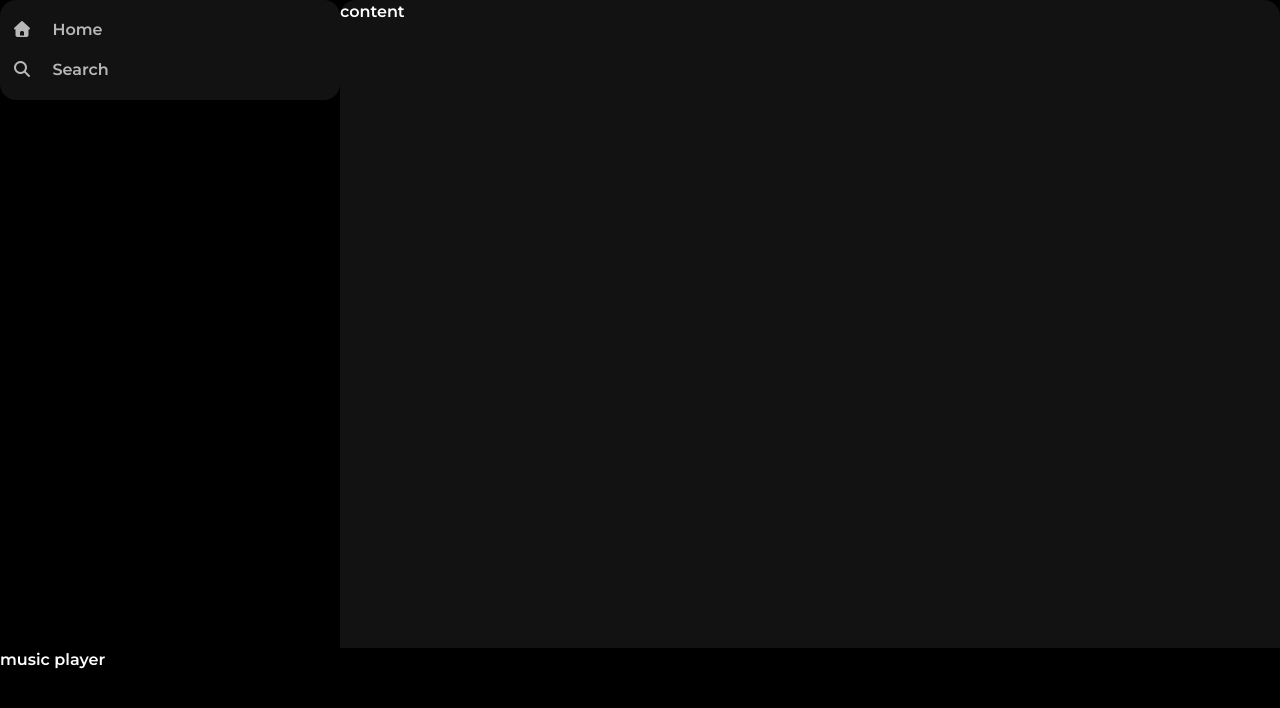
Repository: ketanBisht/spotifyFrontEnd
Page: index.html
These files come from the project's save history. The page is drawn as it stood at one moment and after the next save; the edit follows.
The browser window is 1280 px wide. The pictures show the whole page.
Some web fonts or font styles are not loaded; a fallback is used. Some web libraries are served in a nearby version.

Above is the page before, as saved 2025-08-17 21:03:32.

After the next save:
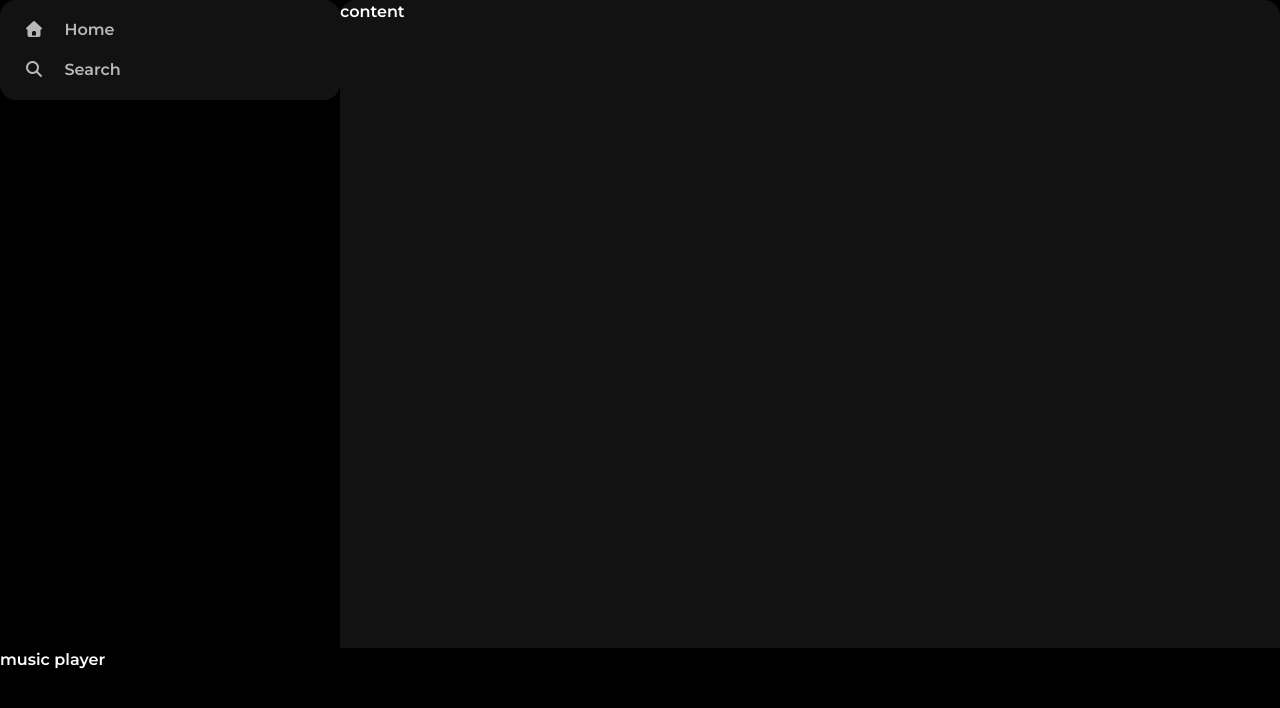
Saved 4 s later.
--- a/style.css
+++ b/style.css
@@ -61,7 +61,7 @@ a{
 .navOption{
     line-height: 2.5rem;
     opacity: 0.7;
-    padding-left: ;
+    padding-left: 0.75rem;
 }
 
 .navOption:hover{
